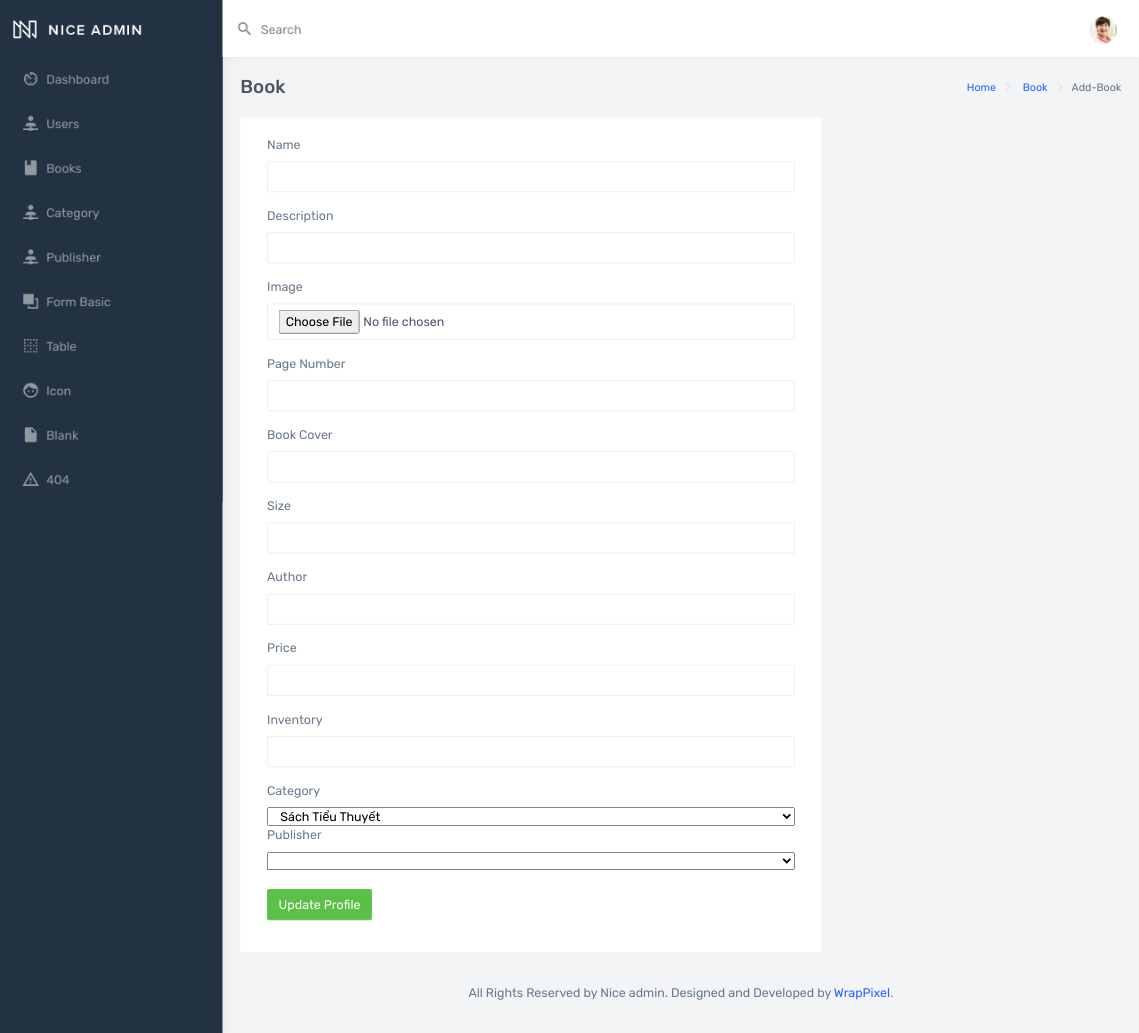
Repository: dev1xc/library-management-system
Page: http://localhost/admin/add-book
An editor plug-in stored every save of this project. The page is shown before and after a run of saves, followed by the edit.
The browser window is 1280 px wide. The pictures show the whole page, at 89% of full size.
Some web fonts or font styles are not loaded; a fallback is used. The page is served by the project's Laravel application, run on PHP 8.4 with Laravel 10. The first stored user is signed in. Other server files are loaded and not shown. The database holds what the project's SQL file puts in it. Queries for data that is not in the repository find no rows.

Above is the page before, as saved 2024-02-08 02:39:10.
Console error: TypeError: Cannot read properties of null (reading 'querySelector')

### routes/web.php
<?php

use App\Http\Controllers\admin\BooksController;
use App\Http\Controllers\admin\CategoryController;
use App\Http\Controllers\admin\ProfileController;
use App\Http\Controllers\admin\PublisherController;
use App\Http\Controllers\admin\UserController;
use Illuminate\Support\Facades\Auth;
use Illuminate\Support\Facades\Route;

/*
|--------------------------------------------------------------------------
| Web Routes
|--------------------------------------------------------------------------
|
| Here is where you can register web routes for your application. These
| routes are loaded by the RouteServiceProvider and all of them will
| be assigned to the "web" middleware group. Make something great!
|
*/

Route::get('/', function () {
  return view('welcome');
});
Auth::routes();
Route::get('/home', [App\Http\Controllers\HomeController::class, 'index'])->name('home');
Route::get('logout', '\App\Http\Controllers\Auth\LoginController@logout');
Route::get('/admin/home', function () {
  return view('admin.functions.dashboard');
});
Route::get('/admin/dashboard', function () {
  return view('admin.functions.dashboard');
});
Route::prefix('admin')->group(function () {
  Route::get('category', [CategoryController::class, 'index']);
  Route::get('add-category', [CategoryController::class, 'add']);
  Route::post('add-category', [CategoryController::class, 'create']);
  Route::get('edit-category/{id}', [CategoryController::class, 'edit']);
  Route::post('edit-category/{id}', [CategoryController::class, 'update']);
  Route::get('delete-category/{id}', [CategoryController::class, 'delete']);
});
Route::prefix('admin')->group(function () {
  Route::get('profile', [ProfileController::class, 'index']);
  Route::post('profile', [ProfileController::class, 'edit']);
});
Route::prefix('admin')->group(function () {
  Route::get('user', [UserController::class, 'index']);
  Route::get('add-user', [UserController::class, 'add']);
  Route::post('add-user', [UserController::class, 'create']);
  Route::get('edit-user/{id}', [UserController::class, 'edit']);
  Route::post('edit-user/{id}', [UserController::class, 'update']);
  Route::get('delete-user/{id}', [UserController::class, 'delete']);
});
Route::prefix('admin')->group(function () {
  Route::get('book', [BooksController::class, 'index']);
  Route::get('add-book', [BooksController::class, 'add']);
  Route::post('add-book', [BooksController::class, 'create']);
  Route::get('edit-book/{id}', [BooksController::class, 'edit']);
  Route::post('edit-book/{id}', [BooksController::class, 'update']);
  Route::get('delete-book/{id}', [BooksController::class, 'delete']);
});
Route::prefix('admin')->group(function () {
  Route::get('publisher', [PublisherController::class, 'index']);
  Route::get('add-publisher', [PublisherController::class, 'add']);
  Route::post('add-publisher', [PublisherController::class, 'create']);
  Route::get('edit-publisher/{id}', [PublisherController::class, 'edit']);
  Route::post('edit-publisher/{id}', [PublisherController::class, 'update']);
  Route::get('delete-publisher/{id}', [PublisherController::class, 'delete']);
});

### app/Models/User.php
<?php

namespace App\Models;

// use Illuminate\Contracts\Auth\MustVerifyEmail;
use Illuminate\Database\Eloquent\Factories\HasFactory;
use Illuminate\Foundation\Auth\User as Authenticatable;
use Illuminate\Notifications\Notifiable;
use Laravel\Sanctum\HasApiTokens;

class User extends Authenticatable
{
  public $table = 'users';
  use HasApiTokens, HasFactory, Notifiable;

  /**
   * The attributes that are mass assignable.
   *
   * @var array<int, string>
   */
  protected $fillable = [
    'name',
    'email',
    'password',
    'phone',
    'gender',
    'country',
    'image',
    'level',
  ];

  /**
   * The attributes that should be hidden for serialization.
   *
   * @var array<int, string>
   */
  protected $hidden = [
    'password',
    'remember_token',
  ];

  /**
   * The attributes that should be cast.
   *
   * @var array<string, string>
   */
  protected $casts = [
    'email_verified_at' => 'datetime',
    'password' => 'hashed',
  ];
}

### app/Http/Controllers/admin/BooksController.php
<?php

namespace App\Http\Controllers\admin;

use App\Http\Controllers\Controller;
use App\Models\Book;
use App\Models\Category;
use App\Models\Publisher;
use Illuminate\Http\Request;

class BooksController extends Controller
{
  //
  public function __construct()
  {
    $this->middleware("auth");
  }
  public function index()
  {
    $data = Book::paginate(5);
    $dataCategory = Category::all();
    $dataPublisher = Publisher::all();
    return view("admin.functions.book.index", compact("data", "dataCategory",'dataPublisher'));
  }
  public function add()
  {
    $dataCategory = Category::all();
    $dataPublisher = Publisher::all();
    return view("admin.functions.book.add", compact("dataCategory","dataPublisher"));
  }
  public function create(Request $request)
  {
    $data = $request->all();
    $file = $request->image;
    if (!empty($file)) {
      $data['image'] = $file->getClientOriginalName();
    }
    if (Book::create($data)) {
      if (!empty($file)) {
        $file->move('upload/book/image', $file->getClientOriginalName());
      }
      return redirect('/admin/book')->with('success','Thanh Cong');
    } else {
      return back()->with("error", "Error");
    }
  }
  public function edit($id)
  {
    $data = Book::findOrFail($id);
    $dataCategory = Category::all();
    $dataPublisher = Publisher::all();
    return view("admin.functions.book.edit", compact("data", "dataCategory","dataPublisher"));
  }
  public function update(Request $request, $id)
  {
    $data = $request->all();
    Book::findOrFail($id)->update($data);
    return back();
  }
  public function delete($id)
  {
    Book::findOrFail($id)->delete();
    return back();
  }
}

### app/Models/Category.php
<?php

namespace App\Models;

use Illuminate\Database\Eloquent\Factories\HasFactory;
use Illuminate\Database\Eloquent\Model;

class Category extends Model
{
  public $table = 'categories';
  use HasFactory;
  protected $fillable = [
    'name', 'description'
  ];
}

### app/Models/Publisher.php
<?php

namespace App\Models;

use Illuminate\Database\Eloquent\Factories\HasFactory;
use Illuminate\Database\Eloquent\Model;

class Publisher extends Model
{
  public $table = 'publishers';
  use HasFactory;
  protected $fillable = [
    'name', 'description'
  ];
}

### resources/views/admin/functions/book/add.blade.php
@extends('admin.layouts.main')
@section('content')
  @if ($errors->any())
    <div style="color: red">
      <ul>
        @foreach ($errors->all() as $error)
          <li>{{ $error }}</li>
        @endforeach
      </ul>
    </div>
  @endif
  <div class="page-breadcrumb">
    <div class="row">
      <div class="col-5 align-self-center">
        <h4 class="page-title">Book</h4>
      </div>
      <div class="col-7 align-self-center">
        <div class="d-flex align-items-center justify-content-end">
          <nav aria-label="breadcrumb">
            <ol class="breadcrumb">
              <li class="breadcrumb-item">
                <a href="/admin/home">Home</a>
              </li>
              <li class="breadcrumb-item">
                <a href="/admin/book">Book</a>
              </li>
              <li class="breadcrumb-item active" aria-current="page">Add-Book</li>
            </ol>
          </nav>
        </div>
      </div>
    </div>
  </div>
  <!-- ============================================================== -->
  <!-- End Bread crumb and right sidebar toggle -->
  <!-- ============================================================== -->
  <!-- ============================================================== -->
  <!-- Container fluid  -->
  <!-- ============================================================== -->
  <div class="container-fluid">
    <!-- ============================================================== -->
    <!-- Start Page Content -->
    <!-- ============================================================== -->
    <!-- Row -->
    <div class="row">

      <!-- Column -->
      <!-- Column -->
      <!-- Column -->
      <div class="col-lg-8 col-xlg-9 col-md-7">
        <div class="card">
          <div class="card-body">
            <form class="form-horizontal form-material" method="post" enctype="multipart/form-data">
              @csrf
              <div class="form-group">
                <label class="col-md-12">Name</label>
                <div class="col-md-12">
                  <input type="text" value="" class="form-control form-control-line" name="name">
                </div>
              </div>
              <div class="form-group">
                <label for="example-email" class="col-md-12">Description</label>
                <div class="col-md-12">
                  <input type="text" value="" class="form-control form-control-line" name="description"
                    id="example-email">
                </div>
              </div>
              <div class="form-group">
                <label for="example-email" class="col-md-12">Image</label>
                <div class="col-md-12">
                  <input type="file" value="" class="form-control form-control-line" name="image"
                    id="example-email">
                </div>
              </div>
              <div class="form-group">
                <label for="example-email" class="col-md-12">Page Number</label>
                <div class="col-md-12">
                  <input type="text" value="" class="form-control form-control-line" name="page"
                    id="example-email">
                </div>
              </div>
              <div class="form-group">
                <label for="example-email" class="col-md-12">Book Cover</label>
                <div class="col-md-12">
                  <input type="text" value="" class="form-control form-control-line" name="book_cover"
                    id="example-email">
                </div>
              </div>
              <div class="form-group">
                <label for="example-email" class="col-md-12">Size</label>
                <div class="col-md-12">
                  <input type="text" value="" class="form-control form-control-line" name="size"
                    id="example-email">
                </div>
              </div>

              <div class="form-group">
                <label for="password" class="col-md-12">Author</label>
                <div class="col-md-12">
                  <input type="text" value="" class="form-control form-control-line" name="author"
                    id="password">
                </div>
              </div>
              <div class="form-group">
                <label for="phone" class="col-md-12">Price</label>
                <div class="col-md-12">
                  <input type="text" value="" class="form-control form-control-line" name="price"
                    id="phone">
                </div>
              </div>
              <div class="form-group">
                <label for="phone" class="col-md-12">Inventory</label>
                <div class="col-md-12">
                  <input type="text" value="" class="form-control form-control-line" name="inventory"
                    id="phone">
                </div>
              </div>
              <div class="form-group">
                <label for="country" class="col-md-12">Category</label>
                <div class="col-md-12">
                  <select name="id_category" id="Category" class="col-12">
                    @foreach ($dataCategory as $c)
                      <option value="{{ $c->id }}">{{ $c->title }}</option>
                    @endforeach
                  </select>
                </div>
                <div class="form-group">
                  <label for="country" class="col-md-12">Publisher</label>
                  <div class="col-md-12">
                    <select name="id_publisher" id="Category" class="col-12">
                      @foreach ($dataPublisher as $c)
                        <option value="{{ $c->id }}">{{ $c->name }}</option>
                      @endforeach
                    </select>
                  </div>
                  <br>
                  <div class="form-group">
                    <div class="col-sm-12">
                      <button class="btn btn-success" type="submit">Update Profile</button>
                    </div>
                  </div>

            </form>
          </div>
        </div>
      </div>
      <!-- Column -->
    </div>
    <!-- Row -->
    <!-- ============================================================== -->
    <!-- End PAge Content -->
    <!-- ============================================================== -->
    <!-- ============================================================== -->
    <!-- Right sidebar -->
    <!-- ============================================================== -->
    <!-- .right-sidebar -->
    <!-- ============================================================== -->
    <!-- End Right sidebar -->
    <!-- ============================================================== -->
  </div>
@endsection

### resources/views/admin/layouts/left-sidebar.blade.php
<aside class="left-sidebar" data-sidebarbg="skin5">
    <!-- Sidebar scroll-->
    <div class="scroll-sidebar">
        <!-- Sidebar navigation-->
        <nav class="sidebar-nav">
            <ul id="sidebarnav">
                <li class="sidebar-item">
                    <a class="sidebar-link waves-effect waves-dark sidebar-link" href="/admin/dashboard" aria-expanded="false">
                        <i class="mdi mdi-av-timer"></i>
                        <span class="hide-menu">Dashboard</span>
                    </a>
                </li>
                <li class="sidebar-item">
                    <a class="sidebar-link waves-effect waves-dark sidebar-link" href="/admin/user" aria-expanded="false">
                        <i class="mdi mdi-account-network"></i>
                        <span class="hide-menu">Users</span>
                    </a>
                </li>
                <li class="sidebar-item">
                    <a class="sidebar-link waves-effect waves-dark sidebar-link" href="/admin/book" aria-expanded="false">
                        <i class="mdi mdi-book"></i>
                        <span class="hide-menu">Books</span>
                    </a>
                </li>
                <li class="sidebar-item">
                    <a class="sidebar-link waves-effect waves-dark sidebar-link" href="/admin/category" aria-expanded="false">
                        <i class="mdi mdi-account-network"></i>
                        <span class="hide-menu">Category</span>
                    </a>
                </li>
                <li class="sidebar-item">
                    <a class="sidebar-link waves-effect waves-dark sidebar-link" href="/admin/publisher" aria-expanded="false">
                        <i class="mdi mdi-account-network"></i>
                        <span class="hide-menu">Publisher</span>
                    </a>
                </li>
                 <li class="sidebar-item">
                    <a class="sidebar-link waves-effect waves-dark sidebar-link" href="form-basic.html" aria-expanded="false">
                        <i class="mdi mdi-arrange-bring-forward"></i>
                        <span class="hide-menu">Form Basic</span>
                    </a>
                </li>
                <li class="sidebar-item">
                    <a class="sidebar-link waves-effect waves-dark sidebar-link" href="table-basic.html" aria-expanded="false">
                        <i class="mdi mdi-border-none"></i>
                        <span class="hide-menu">Table</span>
                    </a>
                </li>
                <li class="sidebar-item">
                    <a class="sidebar-link waves-effect waves-dark sidebar-link" href="icon-material.html" aria-expanded="false">
                        <i class="mdi mdi-face"></i>
                        <span class="hide-menu">Icon</span>
                    </a>
                </li>
                <li class="sidebar-item">
                    <a class="sidebar-link waves-effect waves-dark sidebar-link" href="starter-kit.html" aria-expanded="false">
                        <i class="mdi mdi-file"></i>
                        <span class="hide-menu">Blank</span>
                    </a>
                </li>
                <li class="sidebar-item">
                    <a class="sidebar-link waves-effect waves-dark sidebar-link" href="error-404.html" aria-expanded="false">
                        <i class="mdi mdi-alert-outline"></i>
                        <span class="hide-menu">404</span>
                    </a>
                </li>
            </ul>
        </nav>
        <!-- End Sidebar navigation -->
    </div>
    <!-- End Sidebar scroll-->
</aside>

### resources/views/admin/layouts/footer.blade.php
<footer class="footer text-center">
    All Rights Reserved by Nice admin. Designed and Developed by
    <a href="https://wrappixel.com">WrapPixel</a>.
</footer>

### library-management.sql (the tables this page reads)
CREATE TABLE `categories` (
  `id` bigint(20) UNSIGNED NOT NULL,
  `title` varchar(255) DEFAULT NULL,
  `description` text DEFAULT NULL,
  `created_at` timestamp NULL DEFAULT NULL,
  `updated_at` timestamp NULL DEFAULT NULL
) ENGINE=InnoDB DEFAULT CHARSET=utf8mb4 COLLATE=utf8mb4_unicode_ci;

INSERT INTO `categories` (`id`, `title`, `description`, `created_at`, `updated_at`) VALUES
(13, 'Sách Tiểu Thuyết', 'Tiểu Thuyết v..v', '2024-02-07 08:00:49', '2024-02-07 08:00:49'),
(14, 'Sách Tin Học', 'Sách Tin Học', '2024-02-07 08:01:00', '2024-02-07 08:01:00');

ALTER TABLE `categories`
  ADD PRIMARY KEY (`id`);

ALTER TABLE `categories`
  MODIFY `id` bigint(20) UNSIGNED NOT NULL AUTO_INCREMENT, AUTO_INCREMENT=15;

CREATE TABLE `users` (
  `id` bigint(20) UNSIGNED NOT NULL,
  `name` varchar(255) NOT NULL,
  `phone` varchar(255) DEFAULT NULL,
  `email` varchar(255) NOT NULL,
  `country` varchar(255) DEFAULT NULL,
  `gender` varchar(255) DEFAULT NULL,
  `email_verified_at` timestamp NULL DEFAULT NULL,
  `password` varchar(255) NOT NULL,
  `image` varchar(255) DEFAULT NULL,
  `remember_token` varchar(100) DEFAULT NULL,
  `created_at` timestamp NULL DEFAULT NULL,
  `updated_at` timestamp NULL DEFAULT NULL,
  `level` int(11) NOT NULL DEFAULT 0
) ENGINE=InnoDB DEFAULT CHARSET=utf8mb4 COLLATE=utf8mb4_unicode_ci;

INSERT INTO `users` (`id`, `name`, `phone`, `email`, `country`, `gender`, `email_verified_at`, `password`, `image`, `remember_token`, `created_at`, `updated_at`, `level`) VALUES
(1, 'Trương Nguyễn Thanh Lâm', '0904403743', 'admin@gmail.com', 'Da Nang', 'nu', NULL, '$2y$12$KEoY4oOsIl19kUZ.U0HwK.pU4DsNFOdwaVM7gICE2ZAepkY1fqJcW', '1.jpg', NULL, '2024-02-07 07:01:16', '2024-02-07 07:49:14', 1),
(2, 'Nguyễn Văn A', '0904403742', 'nva@gmail.com', 'Vietnam', 'nam', NULL, '$2y$12$Qo9tYOP9zJjpW.97XJ22DuLfXohGrsMfYcu03JkrsQkkHARwdEntG', '1.jpg', NULL, '2024-02-07 08:14:37', '2024-02-07 08:14:37', 0);

ALTER TABLE `users`
  ADD PRIMARY KEY (`id`),
  ADD UNIQUE KEY `users_email_unique` (`email`);

ALTER TABLE `users`
  MODIFY `id` bigint(20) UNSIGNED NOT NULL AUTO_INCREMENT, AUTO_INCREMENT=4;

Loaded but not shown: app/Providers/AppServiceProvider.php (common file); app/Http/Controllers/Auth/ConfirmPasswordController.php (common file); app/Http/Controllers/Controller.php (common file); public/admin/assets/libs/chartist/dist/chartist.min.css (library); public/admin/dist/css/style.min.css (library); public/admin/dist/css/style.css (library); public/admin/assets/libs/jquery/dist/jquery.min.js (library); public/admin/assets/libs/popper.js/dist/umd/popper.min.js (library); public/admin/assets/libs/bootstrap/dist/js/bootstrap.min.js (library); public/admin/assets/extra-libs/sparkline/sparkline.js (library); public/admin/dist/js/waves.js (library); public/admin/dist/js/custom.min.js (common file); public/admin/assets/libs/chartist/dist/chartist.min.js (library); public/admin/assets/libs/chartist-plugin-tooltips/dist/chartist-plugin-tooltip.min.js (library); public/admin/dist/css/icons/themify-icons/themify-icons.css (common file); public/admin/dist/css/icons/material-design-iconic-font/css/materialdesignicons.min.css (library); public/admin/dist/css/icons/weather-icons/css/weather-icons.min.css (library); public/admin/dist/js/sidebarmenu.js (60 lines, source omitted); public/admin/dist/js/pages/dashboards/dashboard1.js (61 lines, source omitted); resources/views/admin/layouts/header.blade.php (90 lines, source omitted); resources/views/admin/layouts/main.blade.php (104 lines, source omitted)

After the next 2 saves:
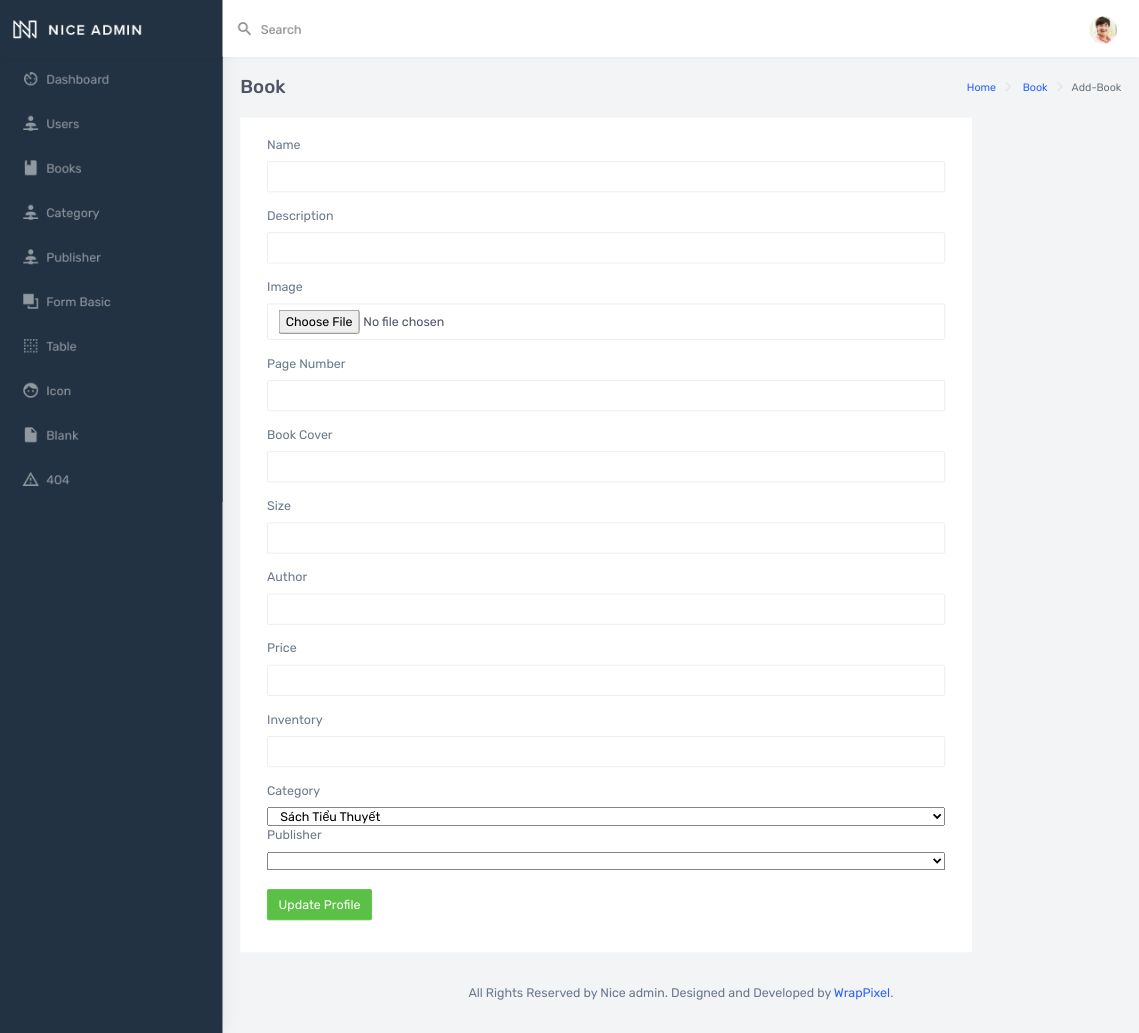
The 2 saves are shown as one change because they came seconds apart.
The last was saved 6 s later.
--- a/resources/views/admin/functions/book/add.blade.php
+++ b/resources/views/admin/functions/book/add.blade.php
@@ -43,11 +43,10 @@
     <!-- ============================================================== -->
     <!-- Row -->
     <div class="row">
-
       <!-- Column -->
       <!-- Column -->
       <!-- Column -->
-      <div class="col-lg-8 col-xlg-9 col-md-7">
+      <div class="col-lg-10 col-xlg-9 col-md-7">
         <div class="card">
           <div class="card-body">
             <form class="form-horizontal form-material" method="post" enctype="multipart/form-data">
